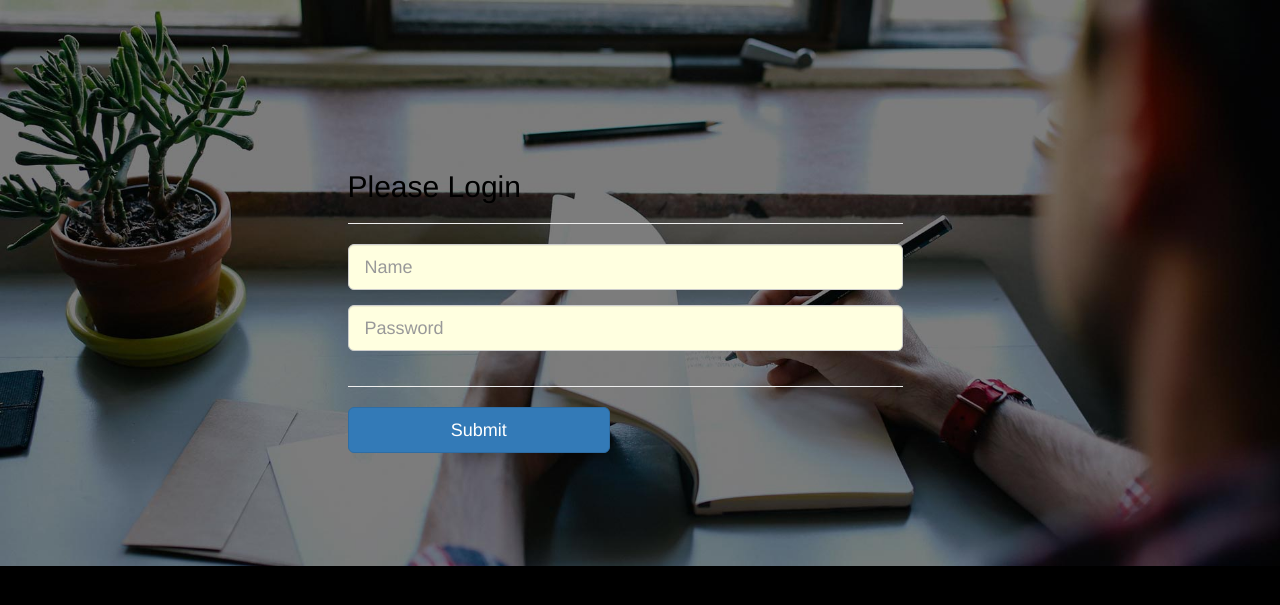
Repository: 123poornima/UpdatedSecondProject
Page: frontendPro/WebContent/_user/login.html
An editor plug-in stored every save of this project. The page is shown before and after the next save, followed by the edit.
The browser window is 1280 px wide. The pictures show the whole page.

Above is the page before, as saved 2017-01-10 12:48:11.

### frontendPro/WebContent/_user/login.html
<!DOCTYPE html>
<html>
<head>
<meta charset="ISO-8859-1">
<link rel="stylesheet" href="http://maxcdn.bootstrapcdn.com/bootstrap/3.3.7/css/bootstrap.min.css">

<!-- jQuery library -->
<script src="https://ajax.googleapis.com/ajax/libs/jquery/1.12.4/jquery.min.js"></script>

<!-- Latest compiled JavaScript -->
<script src="http://maxcdn.bootstrapcdn.com/bootstrap/3.3.7/js/bootstrap.min.js"></script>
<title>Insert title here</title>
<style>
body{
background-image: url(resources/images/banner-bg.jpg);
background-size:     cover;
    background-repeat:   no-repeat;
    background-color:black;
 }
</style>
</head>
<body>
<div class="container" style="align:center; margin: 150px 0px 0px 40px">
   <div class="row">
    <div class="col-xs-12 col-sm-8 col-md-6 col-sm-offset-4 col-md-offset-3">


          <h2 style="color:#000000">Please Login</h2>
	     <hr class="colorgraph">
        <div class="row">
				<div class="col-sm-12 ">
					<div class="form-group">
						<input style="background-color:#FFFFE0" type="text" ng-model="user.username" placeholder="Name" name="username" class="form-control input-lg"  />
					</div>
		       </div>
		 </div>

		 <div class="row">
				<div class="col-xs-12">
					<div class="form-group">
						<input style="background-color:#FFFFE0" type="password"  name="password" ng-model="user.password" placeholder="Password" class="form-control input-lg"  tabindex="2" />
					</div>
			 </div>
		</div>
			<hr class="colorgraph">
 			<div class="row">
				<div class="col-xs-12 col-md-6"><input type="submit" ng-click="submit()" class="btn btn-primary btn-block btn-lg" tabindex="7"></div>

			</div>

			</div>
	  </div>
	</div>
</body>
</html>

After the next save:
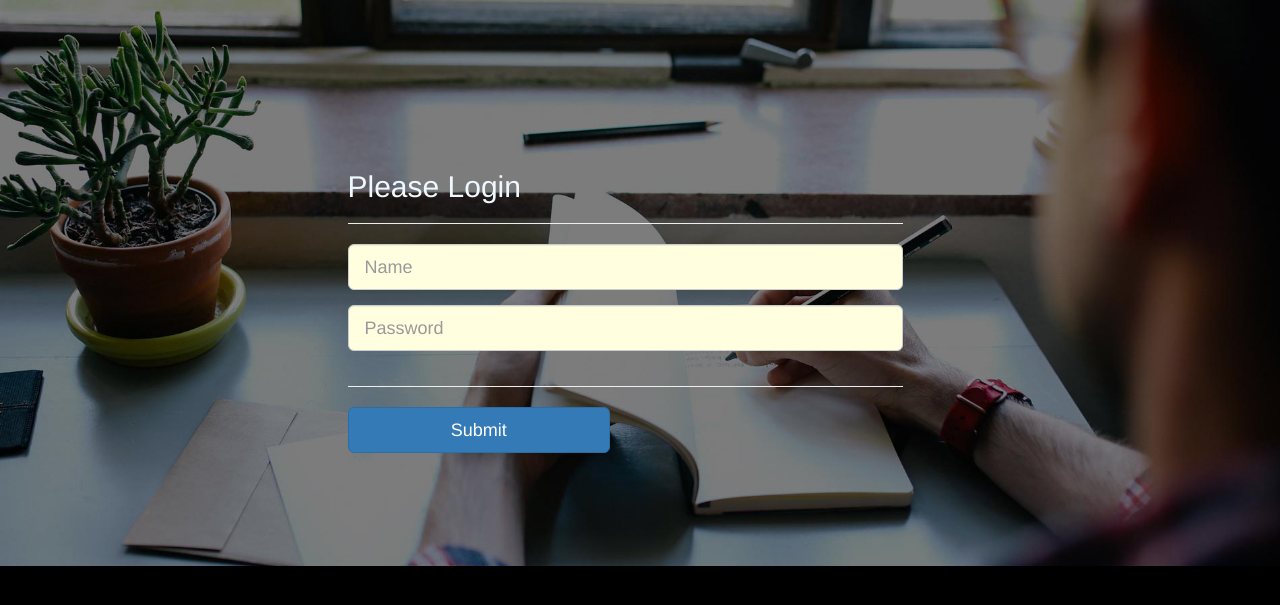
Saved 2 min 58 s later.
--- a/frontendPro/WebContent/_user/login.html
+++ b/frontendPro/WebContent/_user/login.html
@@ -25,7 +25,7 @@ background-size:     cover;
     <div class="col-xs-12 col-sm-8 col-md-6 col-sm-offset-4 col-md-offset-3">
 
 
-          <h2 style="color:#000000">Please Login</h2>
+          <h2 style="color:#F0F8FF">Please Login</h2>
 	     <hr class="colorgraph">
         <div class="row">
 				<div class="col-sm-12 ">
